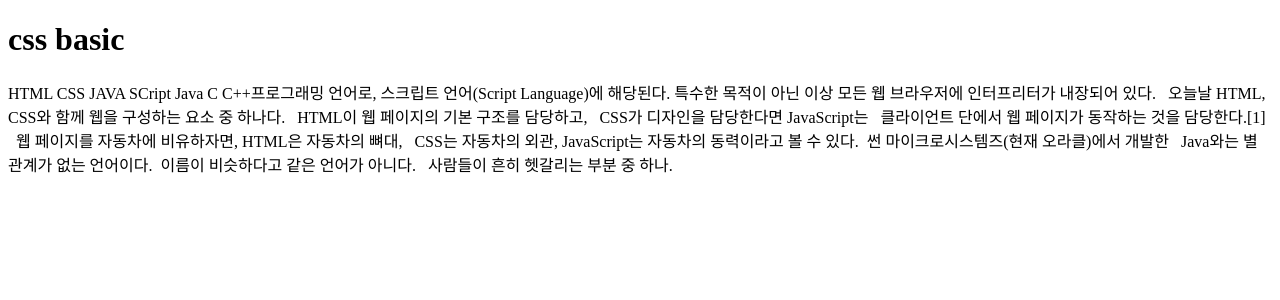
Repository: ssleap/multicampusIoT
Page: workspace190520/edu2/WebContent/test01.html
These files come from the project's save history. The page is drawn as it stood at one moment and after the next save; the edit follows.
The browser window is 1280 px wide. The pictures show the whole page.

Above is the page before, as saved 2019-05-22 05:30:59.

After the next save:
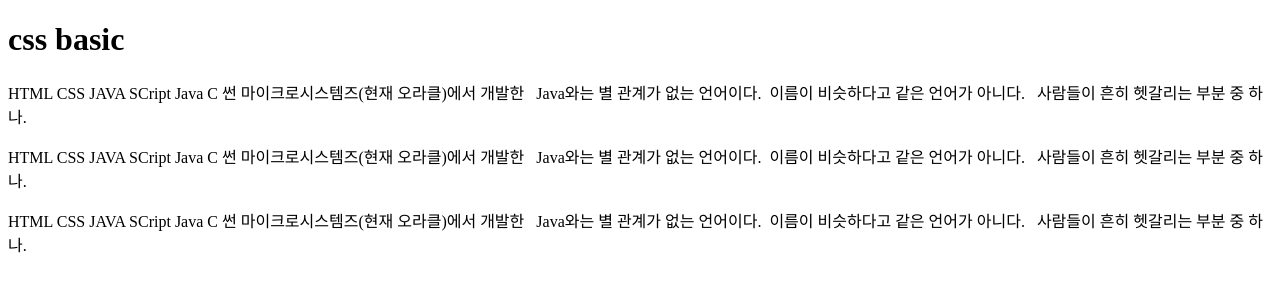
Saved 2 min 14 s later.
--- a/workspace190520/edu2/WebContent/test01.html
+++ b/workspace190520/edu2/WebContent/test01.html
@@ -12,15 +12,24 @@
 	SCript
 	Java
 	C
-	C++프로그래밍 언어로, 스크립트 언어(Script Language)에 해당된다.
-	 특수한 목적이 아닌 이상 모든 웹 브라우저에 인터프리터가 내장되어 있다. &nbsp;
-	 오늘날 HTML, CSS와 함께 웹을 구성하는 요소 중 하나다. &nbsp;
-	 HTML이 웹 페이지의 기본 구조를 담당하고, &nbsp;
-	 CSS가 디자인을 담당한다면 JavaScript는 &nbsp;
-	 클라이언트 단에서 웹 페이지가 동작하는 것을 담당한다.[1] &nbsp;
-	 웹 페이지를 자동차에 비유하자면, HTML은 자동차의 뼈대, &nbsp;
-	 CSS는 자동차의 외관, JavaScript는 자동차의 동력이라고 볼 수 있다.&nbsp;
-
+	썬 마이크로시스템즈(현재 오라클)에서 개발한 &nbsp;
+	Java와는 별 관계가 없는 언어이다.&nbsp;
+	 이름이 비슷하다고 같은 언어가 아니다. &nbsp;
+	 사람들이 흔히 헷갈리는 부분 중 하나. &nbsp;
+	</p>
+	<p>HTML CSS JAVA
+	SCript
+	Java
+	C
+	썬 마이크로시스템즈(현재 오라클)에서 개발한 &nbsp;
+	Java와는 별 관계가 없는 언어이다.&nbsp;
+	 이름이 비슷하다고 같은 언어가 아니다. &nbsp;
+	 사람들이 흔히 헷갈리는 부분 중 하나. &nbsp;
+	</p>
+	<p>HTML CSS JAVA
+	SCript
+	Java
+	C
 	썬 마이크로시스템즈(현재 오라클)에서 개발한 &nbsp;
 	Java와는 별 관계가 없는 언어이다.&nbsp;
 	 이름이 비슷하다고 같은 언어가 아니다. &nbsp;
